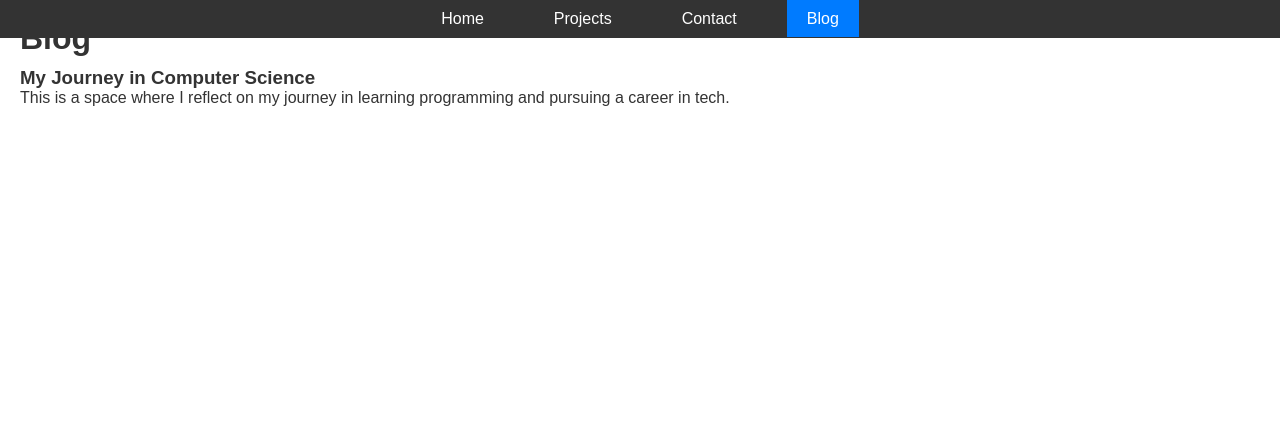
Repository: liwingy/cs5610_fall24_project1
Page: blog.html
An editor plug-in stored every save of this project. The page is shown before and after the next save, followed by the edit.
The browser window is 1280 px wide. The pictures show the whole page.

Above is the page before, as saved 2024-10-07 15:15:22.

After the next save:
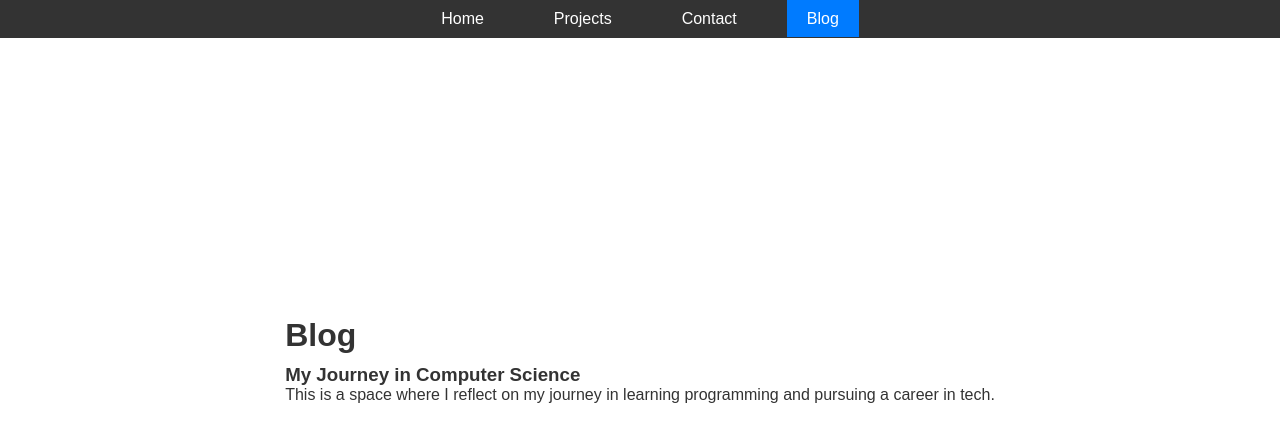
Saved 24 s later.
--- a/blog.html
+++ b/blog.html
@@ -15,10 +15,12 @@
             <li><a href="blog.html" class="active">Blog</a></li>
         </ul>
     </nav>
-    <section class="blog">
-        <h2>Blog</h2>
-            <h3>My Journey in Computer Science</h3>
-            <p>This is a space where I reflect on my journey in learning programming and pursuing a career in tech.</p>
-    </section>
+    <main>
+        <section class="blog">
+            <h2>Blog</h2>
+                <h3>My Journey in Computer Science</h3>
+                <p>This is a space where I reflect on my journey in learning programming and pursuing a career in tech.</p>
+        </section>
+    </main>
 </body>
 </html>
